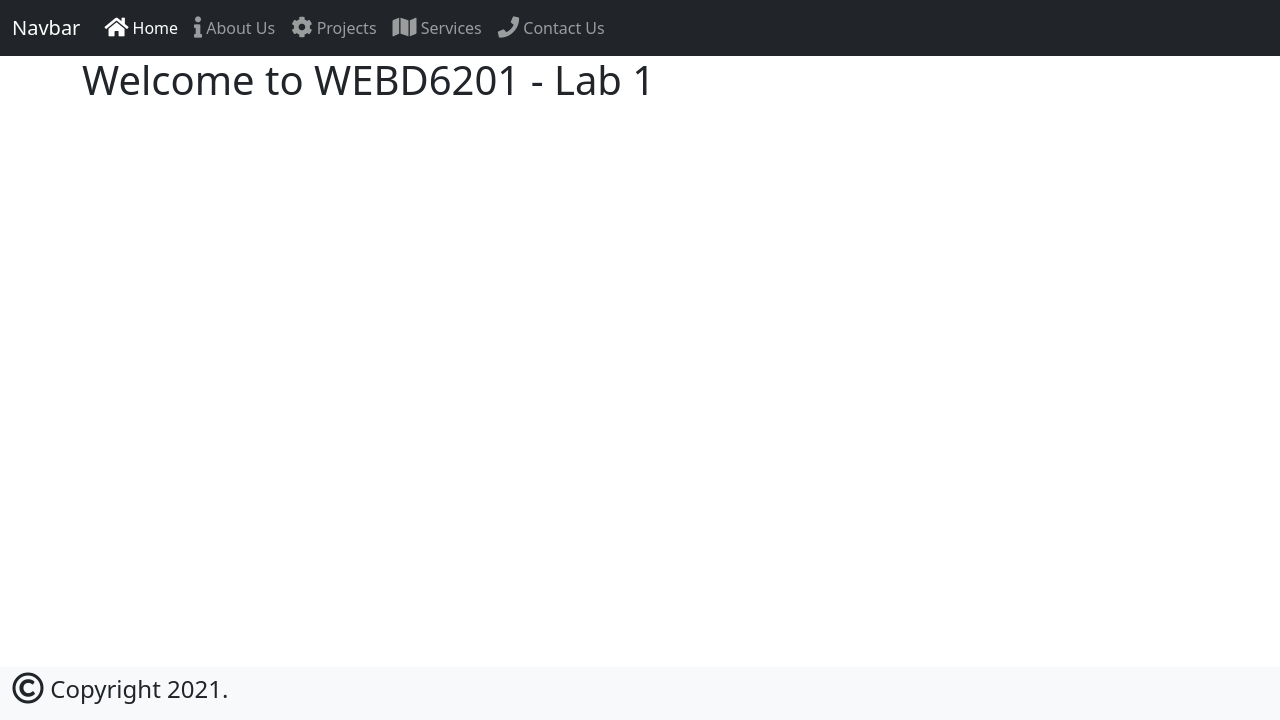
Repository: aphim/Webd6201-wk3
Page: index.html
These files come from the project's save history. The page is drawn as it stood at one moment and after the next save; the edit follows.
The browser window is 1280 px wide. The pictures show the whole page.

Above is the page before, as saved 2021-01-21 08:38:42.

After the next save:
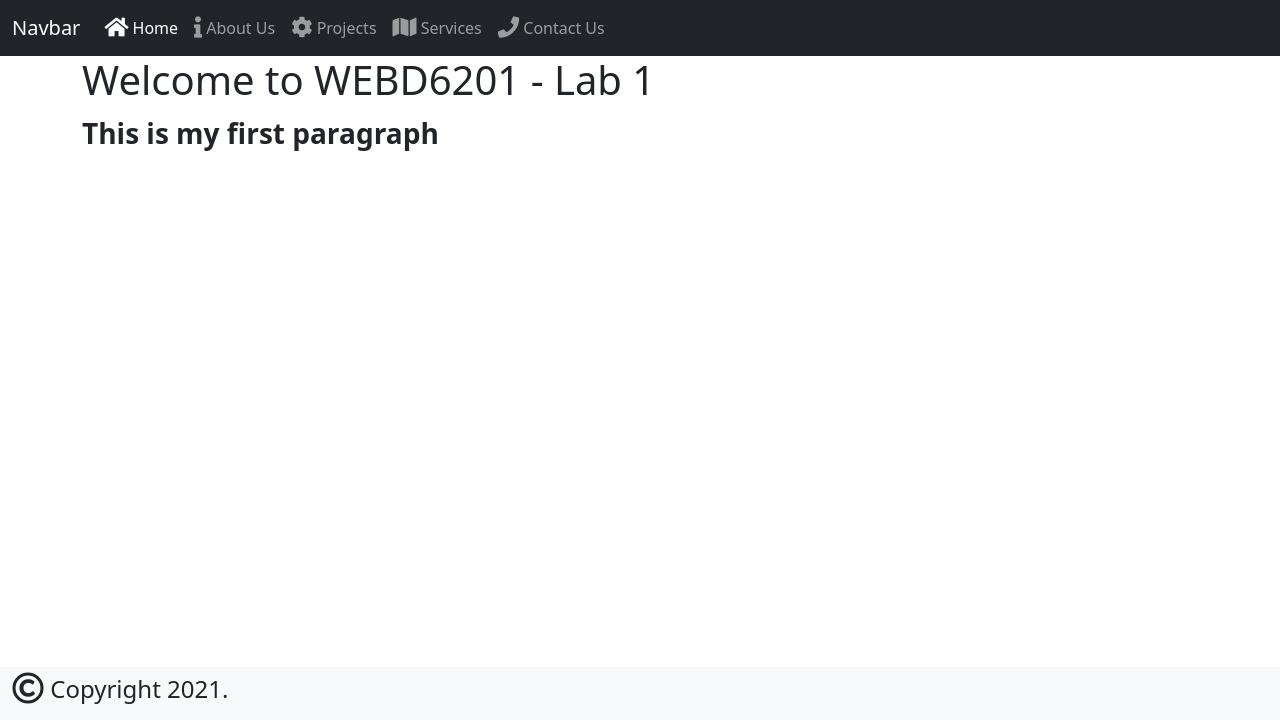
Saved 97 s later.
--- a/Scripts/app.js
+++ b/Scripts/app.js
@@ -60,7 +60,7 @@
 
         mainContent.innerHTML =
         `<h1 id="firstHeading">Welcome to WEBD6201 - Lab 1</h1>
-        <p id="paragraphOne"></p>`
+        <p id="paragraphOne" class="fs-3 fw-bold">This is my first paragraph</p>`
 
     }
 
